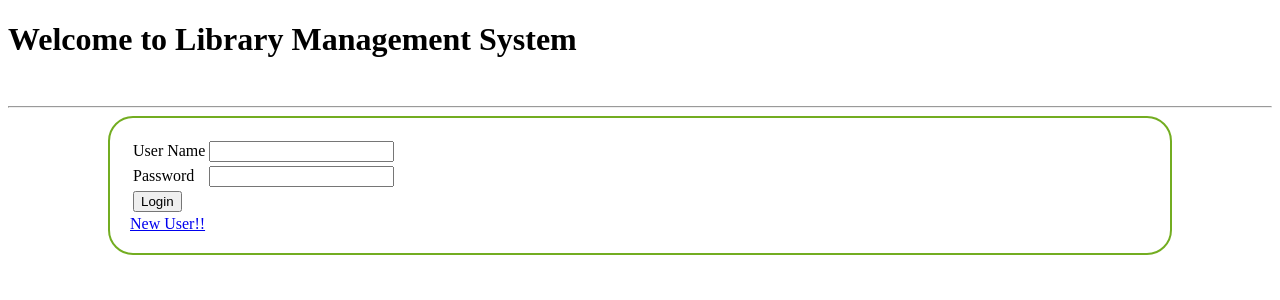
Repository: paragpatidar/LibraryManagementSystem
Page: http://localhost/LibraryManagementSystemSpring/
An editor plug-in stored every save of this project. The page is shown before and after the next save, followed by the edit.
The browser window is 1280 px wide. The pictures show the whole page.
The page is served by Tomcat 9. Nobody is signed in. The application's start-up code is not run.

Above is the page before, as saved 2017-11-08 04:19:40.

After the next save:
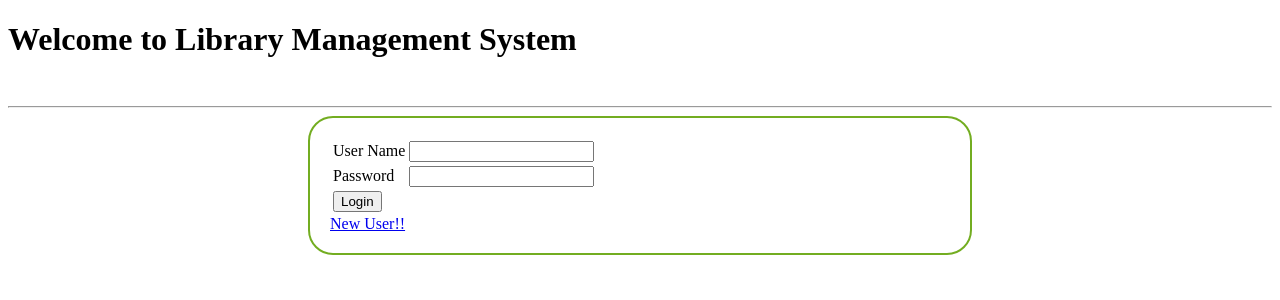
Saved 76 s later.
--- a/LibraryManagementSystemSpring/WebContent/index.jsp
+++ b/LibraryManagementSystemSpring/WebContent/index.jsp
@@ -10,8 +10,8 @@
     border-radius: 25px;
     border: 2px solid #73AD21;
     padding: 20px;
-    margin-right : 100px;
-    margin-left : 100px;
+    margin-right : 300px;
+    margin-left : 300px;
 }
 </style>
 
